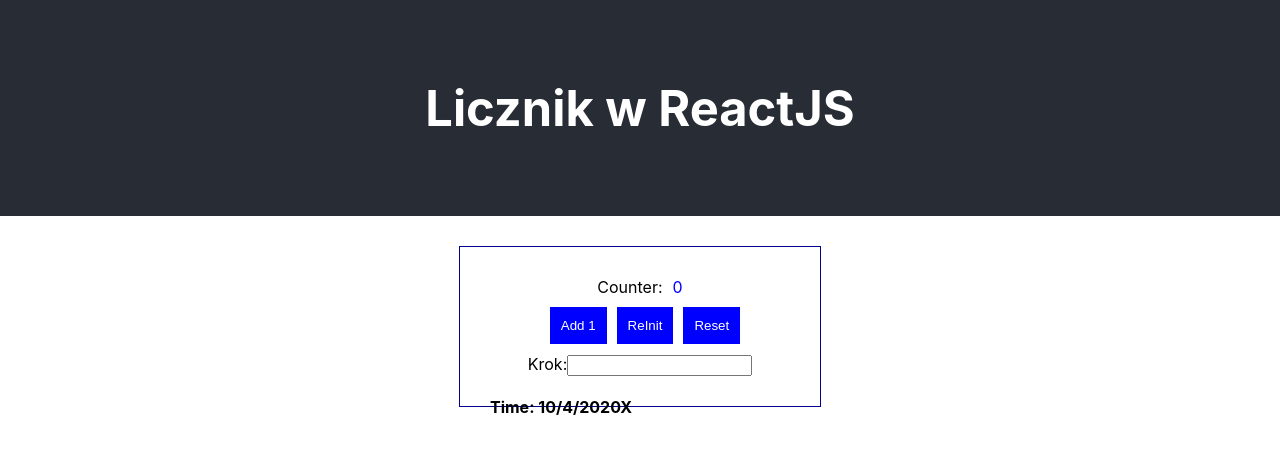
Repository: magdaf41/react-counter-app
Page: /
The author's editor kept a copy of each file at every save. The page is drawn from the files as they stood at one save, then again after the next save.
The browser window is 1280 px wide. The pictures show the whole page.
The project was rebuilt for these pictures with package versions that can differ from the ones it lists, and the page was loaded fresh each time.

Above is the page before, as saved 2020-10-06 20:54:20.

After the next save:
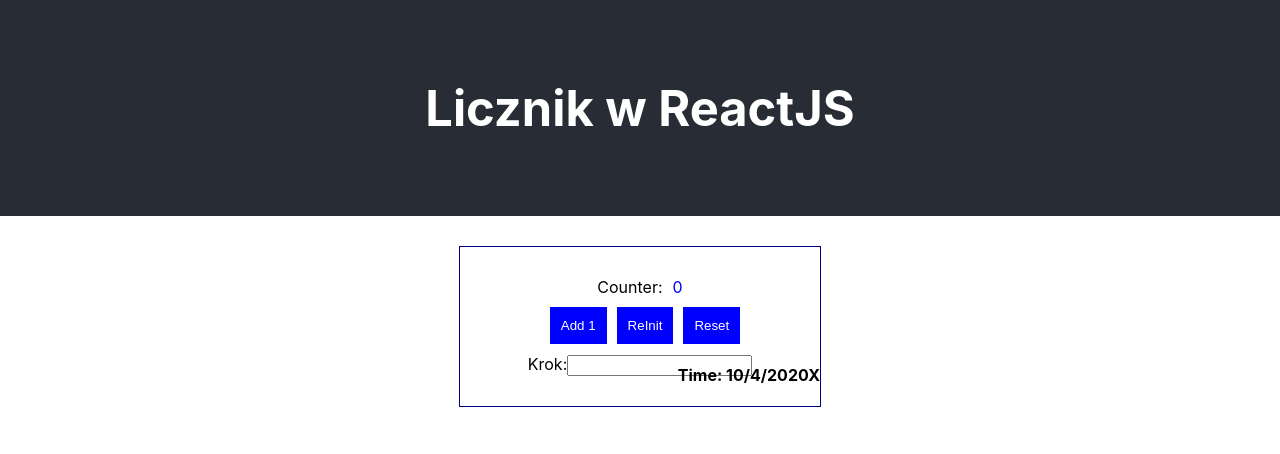
Saved 17 s later.
--- a/src/Clock.css
+++ b/src/Clock.css
@@ -1,3 +1,5 @@
 .clock {
     position: absolute;
+    bottom: 0;
+    right: 0;
 }
